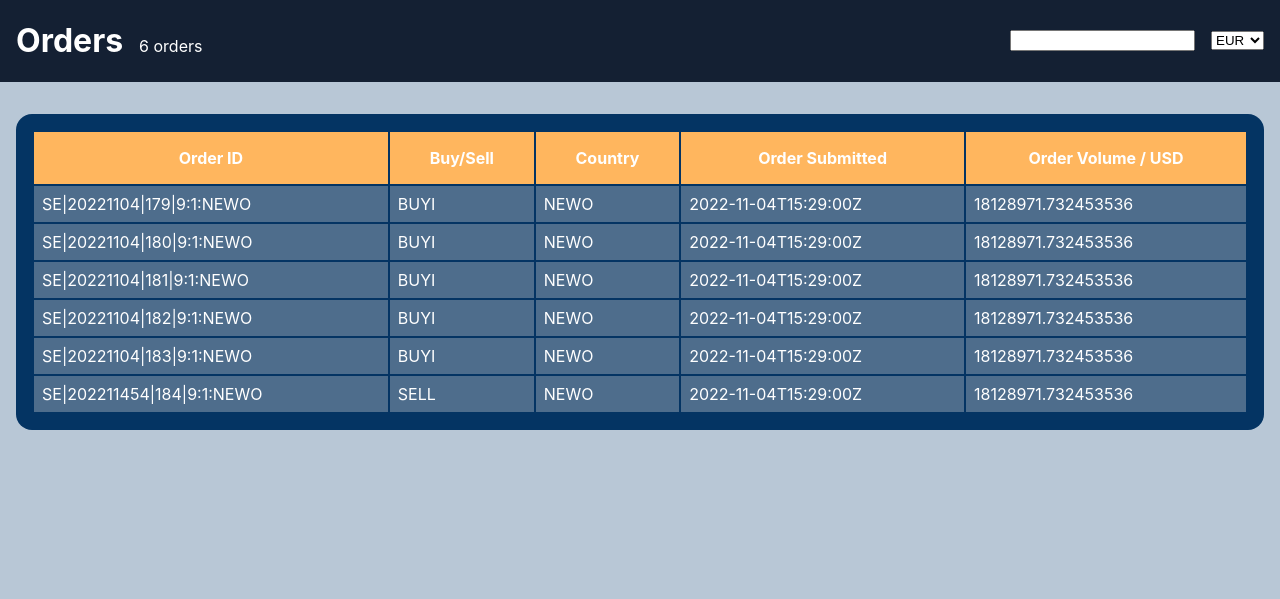
Repository: PreetiToppo/Assignment_Question_1
Page: /
The author's editor kept a copy of each file at every save. The page is drawn from the files as they stood at one save, then again after the next save.
The browser window is 1280 px wide. The pictures show the whole page.
The project was rebuilt for these pictures with package versions that can differ from the ones it lists, and the page was loaded fresh each time.

Above is the page before, as saved 2023-08-04 21:51:31.

After the next save:
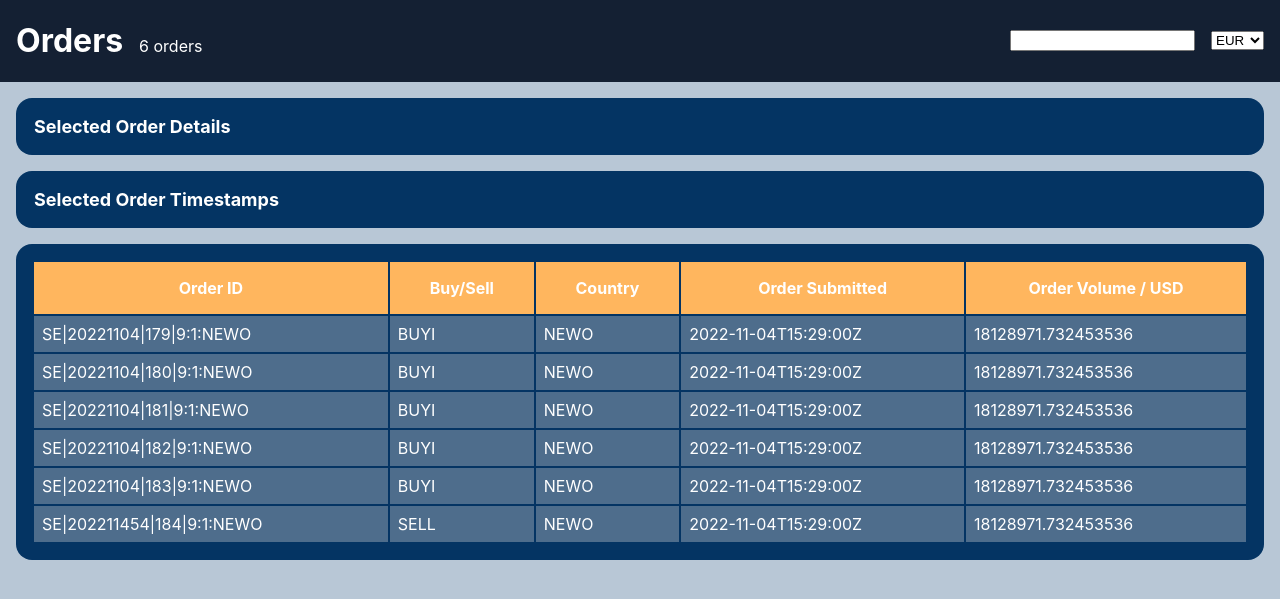
Saved 58 s later.
--- a/src/pages/Dashboard.jsx
+++ b/src/pages/Dashboard.jsx
@@ -1,4 +1,4 @@
-import { useState, useEffect } from "react";
+import { useState } from "react";
 
 // Data
 import mockData from "../assets/data.json";
@@ -100,18 +100,15 @@ const Dashboard = () => {
       </div>
       <div className={styles.content}>
         <div className={styles.section}>
-          {selectedOrder && (
-            <Card
-              cardData={selectedOrderDetails}
-              title="Selected Order Details"
-            />
-          )}
-          {selectedOrder && (
-            <Card
-              cardData={selectedOrderTimeStamps}
-              title="Selected Order Timestamps"
-            />
-          )}
+          <Card
+            cardData={selectedOrderDetails}
+            title="Selected Order Details"
+          />
+
+          <Card
+            cardData={selectedOrderTimeStamps}
+            title="Selected Order Timestamps"
+          />
         </div>
         <List
           rows={data.results}
